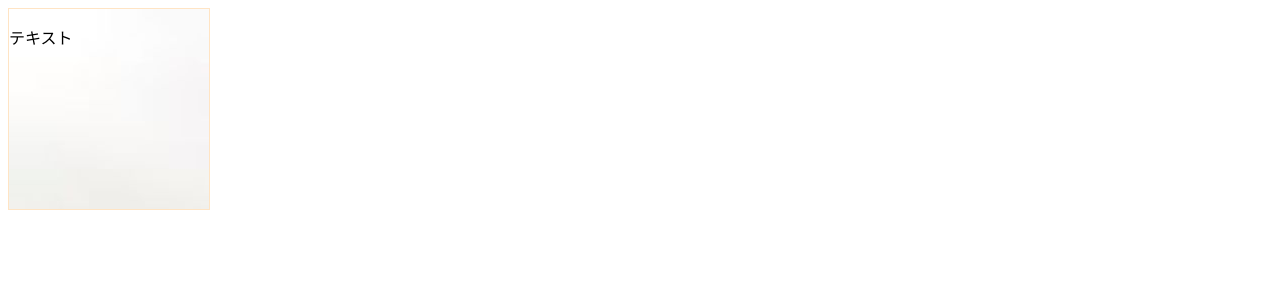
Repository: Jutta197/frontend726
Page: css_ex/bg_image/index.html
The author's editor kept a copy of each file at every save. The page is drawn from the files as they stood at one save, then again after the next save.
The browser window is 1280 px wide. The pictures show the whole page.

Above is the page before, as saved 2023-07-28 14:07:30.

### css_ex/bg_image/index.html
<!DOCTYPE html>
<html lang="en">

<head>
    <meta charset="UTF-8">
    <meta name="viewport" content="width=device-width, initial-scale=1.0">
    <title>Document</title>
    <link rel="stylesheet" href="style.css">
</head>

<body>
    <div id="a">
        <p>テキスト</p>
    </div>

</body>

</html>

### css_ex/bg_image/style.css
div {
    height: 200px;
    width: 200px;
    border: 1px solid bisque;
}

#a {
    background-image: url(mountains.jpg);
    background-size: contains;
}

After the next save:
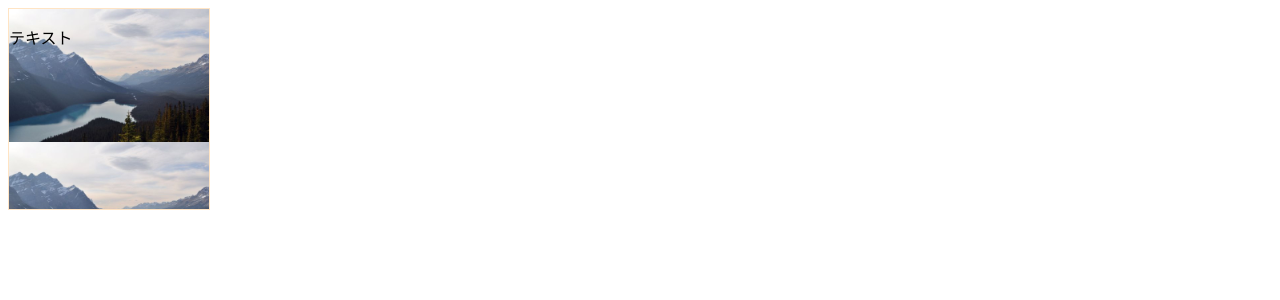
Saved 14 s later.
--- a/css_ex/bg_image/style.css
+++ b/css_ex/bg_image/style.css
@@ -6,5 +6,5 @@ div {
 
 #a {
     background-image: url(mountains.jpg);
-    background-size: contains;
+    background-size: contain;
 }
